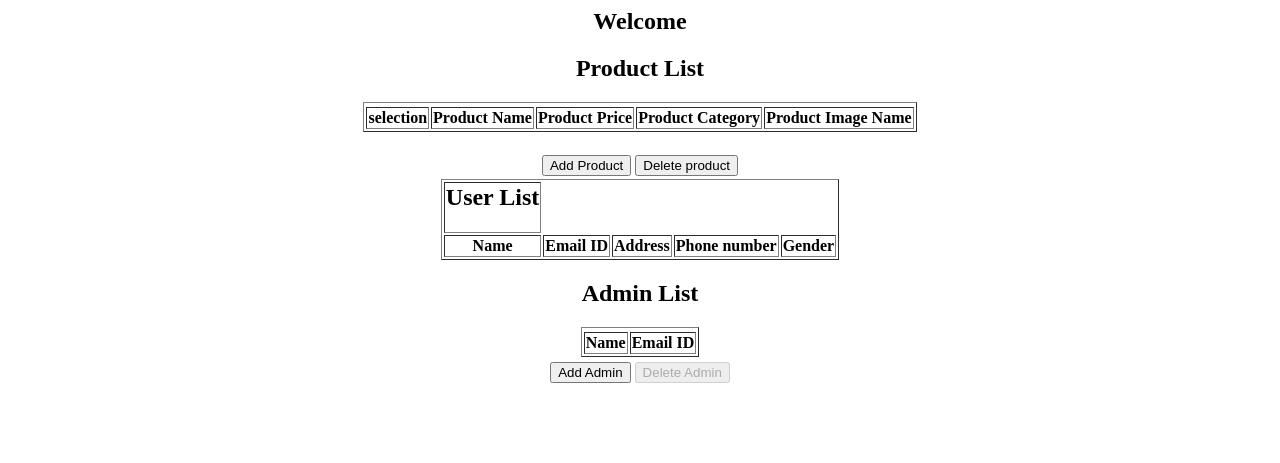
Repository: mohitpratapsingh/GSAP2015
Page: http://localhost/Team-C/adminBack
An editor plug-in stored every save of this project. The page is shown before and after the next save, followed by the edit.
The browser window is 1280 px wide. The pictures show the whole page.
After loading, the first visible `button` was clicked once.
The page is served by Tomcat 9. The template is opened directly, without the code that normally fills it, so the values that code supplies are empty.

Above is the page before, as saved 2015-09-08 03:36:09.
Console error: TypeError: test.length is not a function

After the next save:
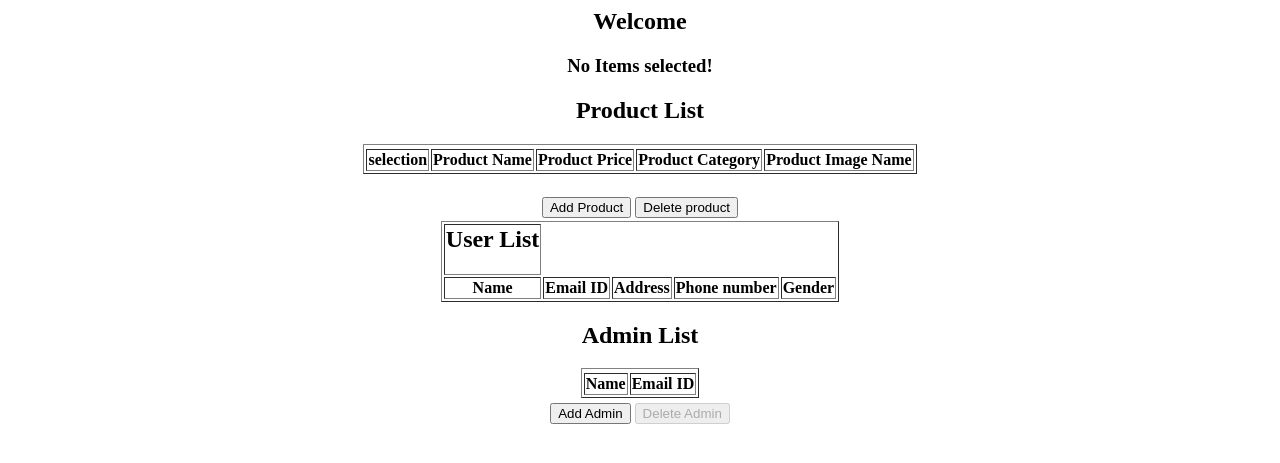
The error is gone.
Saved 85 s later.
--- a/Team-C/src/main/webapp/WEB-INF/views/superAdminHome.jsp
+++ b/Team-C/src/main/webapp/WEB-INF/views/superAdminHome.jsp
@@ -175,7 +175,7 @@ var test=[];
        	}
 
       function delProduct() {
-        	if(test.length())
+        	if(test.length)
     	  			window.location = "deleteProduct?prodIductList=" +test;
         	else
         		document.getElementById("notSelected").innerHTML="No Items selected!";
